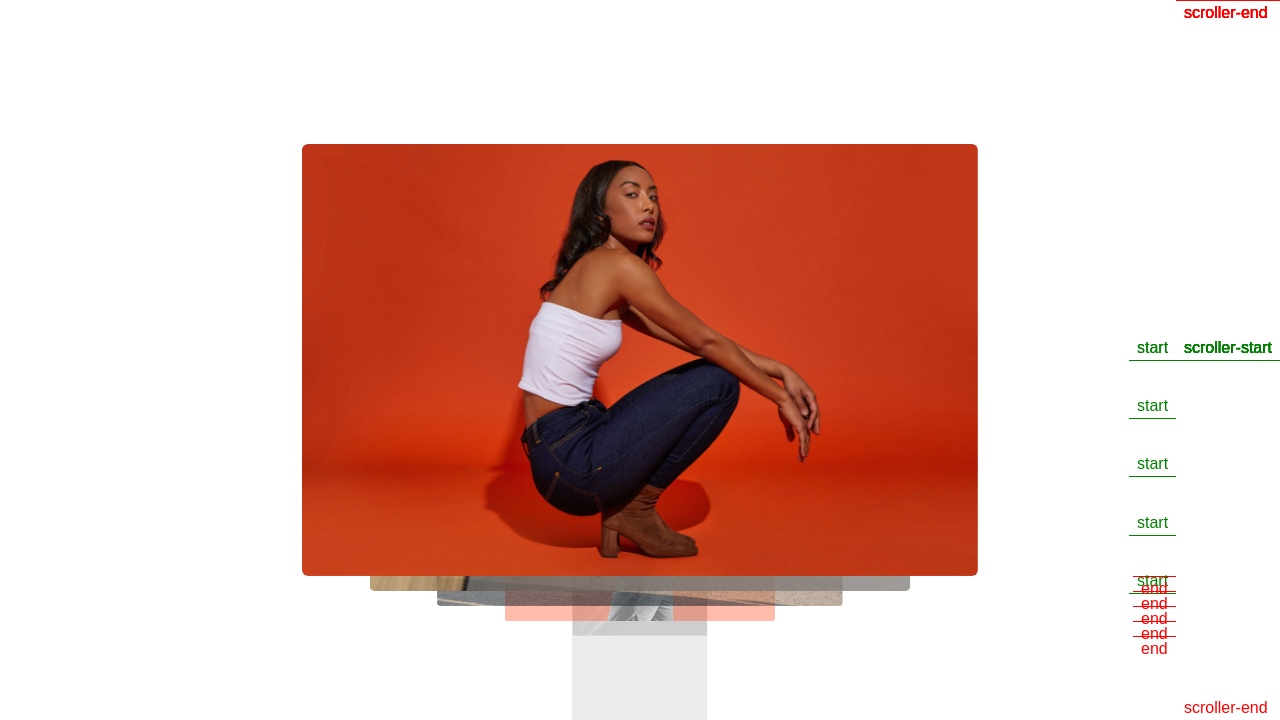
Repository: lwygold/motion
Page: layout/이미지 위로 계속 올라가는레이아웃.html
These files come from the project's save history. The page is drawn as it stood at one moment and after the next save; the edit follows.
The browser window is 1280 px wide. The pictures show the window.
Pictures or frames that could not be fetched are drawn as grey boxes. A layer covers the whole window, so only the first screen is drawn.

Above is the page before, as saved 2023-02-20 17:26:30.

### layout/이미지 위로 계속 올라가는레이아웃.html
<!DOCTYPE html>
<html lang="ko">

<head>
    <meta http-equiv="Content-Type" content="text/html;charset=utf-8" />
    <meta name="viewport" content="width=device-width, user-scalable=no, target-densitydpi=medium-dpi" />
    <meta name="apple-mobile-web-app-capable" content="yes" />
    <meta name="format-detection" content="telephone=no" />
    <meta http-equiv="X-UA-Compatible" content="IE=edge" />
    <meta http-equiv="x-rim-auto-match" content="none" />
    <link rel="shortcut icon" href="./images/favicon.ico" />
    <link rel="stylesheet" type="text/css" href="../assets/css/slick.css" />
    <link rel="stylesheet" type="text/css" href="../assets/css/common.css" />
    <link rel="stylesheet" type="text/css" href="../assets/css/main.css" />
    <link rel="stylesheet" type="text/css" href="../assets/css/sub.css" />
    <title>테스트</title>
    <script src="../assets/js/jquery-3.3.1.min.js"></script>
    <script src="../assets/js/jquery-ui.min.js"></script>
    <script src="../assets/js/slick.min.js"></script>
    <script src="../assets/js/gsap.js"></script>
    <script src="../assets/js/gsap_scroll_trigger.js"></script>
    <script src="../assets/js/green.js"></script>
    <script src="../assets/js/common.js"></script>
    <script src="../assets/js/main.js"></script>
    <script src="../assets/js/sub.js"></script>
</head>

<style>
    section {
        width: 100vw;
        height: 100vh;
    }

    section ul {
        align-items: center;
        display: flex;
        height: 100%;
        justify-content: center;
        left: 0;
        position: fixed;
        top: 0;
        width: 100%;
        max-height: 100vh;
    }

    section ul li {
        border-radius: 0.4861111111vw;
        cursor: pointer;
        height: 60vh;
        overflow: hidden;
        position: absolute;
        -webkit-transform-origin: bottom;
        transform-origin: bottom;
        width: 52.7777777744vw;
        will-change: transform, opacity;
    }



    section ul li:nth-child(1) {
        z-index: 5;
    }

    section ul li:nth-child(2) {
        z-index: 4;
    }

    section ul li:nth-child(3) {
        z-index: 3;
    }

    section ul li:nth-child(4) {
        z-index: 2;
    }

    section ul li:nth-child(5) {
        z-index: 1;
    }


    section ul li div {
        height: 100%;
        -webkit-transform: none;
        transform: none;
        transition: -webkit-transform 1.2s cubic-bezier(.165, .84, .44, 1);
        transition: transform 1.2s cubic-bezier(.165, .84, .44, 1);
        transition: transform 1.2s cubic-bezier(.165, .84, .44, 1), -webkit-transform 1.2s cubic-bezier(.165, .84, .44, 1);
        width: 100%;
        will-change: transform;
    }

    section ul li div img {
        height: 100%;
        -o-object-fit: cover;
        object-fit: cover;
        -o-object-position: center;
        object-position: center;
        width: 100%;
        -webkit-transform: none;
        transform: none;
        -webkit-transform-origin: center;
        transform-origin: center;
        transition: -webkit-transform 1.6s cubic-bezier(.165, .84, .44, 1);
        transition: transform 1.6s cubic-bezier(.165, .84, .44, 1);
        transition: transform 1.6s cubic-bezier(.165, .84, .44, 1), -webkit-transform 1.6s cubic-bezier(.165, .84, .44, 1);
        width: 100%;
        will-change: transform;
    }

    section ul li div img:hover {
        -webkit-transform: scale(1.1);
        transform: scale(1.1);
    }
</style>

<body>

    <section class="s1">
        <ul>
            <li class="panel s1-1 panel_first">
                <div>
                    <img src="./images/1.jpg" alt="">
                </div>
            </li>
            <li class="panel s1-2">
                <div>
                    <img src="./images/2.jpg" alt="">
                </div>
            </li>
            <li class="panel s1-3">
                <div>
                    <img src="./images/3.jpg" alt="">
                </div>
            </li>
            <li class="panel s1-4">
                <div>
                    <img src="./images/4.jpg" alt="">
                </div>
            </li>
            <li class="panel s1-5">
                <div>
                    <img src="./images/5.jpg" alt="">
                </div>
            </li>
            <li class="panel s1-6">
                <div>
                    <img src="./images/6.jpg" alt="">
                </div>
            </li>
            <li class="panel s1-7">
                <div>
                    <img src="./images/6.jpg" alt="">
                </div>
            </li>
        </ul>
    </section>


    <script>
        const $ul = $('ul');
        const $li = $('ul li');
        const li_cnt = $('ul li').length;

        $li.each((i, e) => {
            $(e).css("transform", "translateY(" + i * 15 + "px) scale(" + (1 - (0.1 * (i * (2)))) + ")");
            $(e).css("opacity", 1 - (0.1 * (i * (2))));
            $(e).attr("filter", "grayscale(" + i * 33 + "%);");
        });



        $(function () {

            gsap.registerPlugin(ScrollTrigger);

            let panels = gsap.utils.toArray(".panel");

            let tl1 = gsap.timeline({
                scrollTrigger: {
                    trigger: $ul,
                    start: "center center",
                    end: () => innerHeight * 3,
                    pin: true,
                    scrub: true,
                    markers: true,
                }
            });

            let tl2 = gsap.timeline({
                scrollTrigger: {
                    trigger: 'section ul li:nth-child(1)',
                    start: "center center",
                    end: "bottom top",
                    scrub: true,
                    markers: true,
                }
            });

            let tl3 = gsap.timeline({
                scrollTrigger: {
                    trigger: 'section ul li:nth-child(2)',
                    start: "center center",
                    end: "bottom top",
                    scrub: true,
                    markers: true,
                }
            });

            let tl4 = gsap.timeline({
                scrollTrigger: {
                    trigger: 'section ul li:nth-child(3)',
                    start: "center center",
                    end: "bottom top",
                    scrub: true,
                    markers: true,
                }
            });

            let tl5 = gsap.timeline({
                scrollTrigger: {
                    trigger: 'section ul li:nth-child(4)',
                    start: "center center",
                    end: "bottom top",
                    scrub: true,
                    markers: true,
                }
            });

            let tl6 = gsap.timeline({
                scrollTrigger: {
                    trigger: 'section ul li:nth-child(5)',
                    start: "center center",
                    end: "bottom top",
                    scrub: true,
                    markers: true,
                }
            });

            panels.forEach((panel, i) => {

                tl1.to(panel, {
                    yPercent: -150,
                });

                tl2.to('section ul li:nth-child('+(i+1)+')', {
                    y:0,
                    opacity:1,
                    scale: 1,
                });

                tl3.to('section ul li:nth-child('+(i+2)+')', {
                    y: 15+"px",
                    opacity:0.8,
                    scale: 0.8,
                });

                tl4.to('section ul li:nth-child('+(i+3)+')', {
                    y: 30+"px",
                    opacity:0.6,
                    scale: 0.6,
                });

                tl5.to('section ul li:nth-child('+(i+4)+')', {
                    y: 45+"px",
                    opacity:0.4,
                    scale: 0.4,
                });

                tl6.to('section ul li:nth-child('+(i+5)+')', {
                    y: 60+"px",
                    opacity:0.2,
                    scale: 0.2,
                });


            });
















        });

    </script>
</body>

</html>

### assets/css/common.css
@charset "utf-8";

@font-face {
  font-family: "NotoSansKR";
  font-style: normal;
  font-weight: 100;
  src: url(fonts/NotoSansKR-ExtraLight.woff) format("woff");
}

@font-face {
  font-family: "NotoSansKR";
  font-style: normal;
  font-weight: 200;
  src: url(fonts/NotoSansKR-Light.woff) format("woff");
}

@font-face {
  font-family: "NotoSansKR";
  font-style: normal;
  font-weight: 300;
  src: url(fonts/NotoSansKR-DemiLight.woff) format("woff");
}

@font-face {
  font-family: "NotoSansKR";
  font-style: normal;
  font-weight: 400;
  src: url(fonts/NotoSansKR-Regular.woff) format("woff");
}

@font-face {
  font-family: "NotoSansKR";
  font-style: normal;
  font-weight: 500;
  src: url(fonts/NotoSansKR-Medium.woff) format("woff");
}

@font-face {
  font-family: "NotoSansKR";
  font-style: normal;
  font-weight: 600;
  src: url(fonts/NotoSansKR-Bold.woff) format("woff");
}

@font-face {
  font-family: "NotoSansKR";
  font-style: normal;
  font-weight: 700;
  src: url(fonts/NotoSansKR-Bold-Hestia.woff) format("woff");
}

@font-face {
  font-family: "NotoSansKR";
  font-style: normal;
  font-weight: 800;
  src: url(fonts/NotoSansKR-Black-Hestia.woff) format("woff");
}

@font-face {
  font-family: "Montserrat";
  font-style: normal;
  font-weight: 100;
  src: url(fonts/Montserrat-ExtraLight.woff) format("woff");
}

@font-face {
  font-family: "Montserrat";
  font-style: normal;
  font-weight: 200;
  src: url(fonts/Montserrat-Light.woff) format("woff");
}

@font-face {
  font-family: "Montserrat";
  font-style: normal;
  font-weight: 300;
  src: url(fonts/Montserrat-Regular.woff) format("woff");
}

@font-face {
  font-family: "Montserrat";
  font-style: normal;
  font-weight: 400;
  src: url(fonts/Montserrat-Regular.woff) format("woff");
}

@font-face {
  font-family: "Montserrat";
  font-style: normal;
  font-weight: 500;
  src: url(fonts/Montserrat-Medium.woff) format("woff");
}

@font-face {
  font-family: "Montserrat";
  font-style: normal;
  font-weight: 600;
  src: url(fonts/Montserrat-Bold.woff) format("woff");
}

@font-face {
  font-family: "Montserrat";
  font-style: normal;
  font-weight: 700;
  src: url(fonts/Montserrat-ExtraBold.woff) format("woff");
}

@font-face {
  font-family: "Montserrat";
  font-style: normal;
  font-weight: 800;
  src: url(fonts/Montserrat-ExtraBlack.woff) format("woff");
}

@font-face {
  font-family: "Saira";
  font-style: normal;
  font-weight: 100;
  src: url(fonts/Saira-ExtraLight.woff) format("woff");
}

@font-face {
  font-family: "Saira";
  font-style: normal;
  font-weight: 200;
  src: url(fonts/Saira-Light.woff) format("woff");
}

@font-face {
  font-family: "Saira";
  font-style: normal;
  font-weight: 300;
  src: url(fonts/Saira-Regular.woff) format("woff");
}

@font-face {
  font-family: "Saira";
  font-style: normal;
  font-weight: 400;
  src: url(fonts/Saira-Regular.woff) format("woff");
}

@font-face {
  font-family: "Saira";
  font-style: normal;
  font-weight: 500;
  src: url(fonts/Saira-Medium.woff) format("woff");
}

@font-face {
  font-family: "Saira";
  font-style: normal;
  font-weight: 600;
  src: url(fonts/Saira-Bold.woff) format("woff");
}

@font-face {
  font-family: "Saira";
  font-style: normal;
  font-weight: 700;
  src: url(fonts/Saira-ExtraBold.woff) format("woff");
}

@font-face {
  font-family: "Saira";
  font-style: normal;
  font-weight: 800;
  src: url(fonts/Saira-Black.woff) format("woff");
}

@font-face {
  font-family: "NanumSquare";
  font-style: normal;
  font-weight: 200;
  src: url(fonts/NanumSquareL.woff) format("woff");
}

@font-face {
  font-family: "NanumSquare";
  font-style: normal;
  font-weight: 400;
  src: url(fonts/NanumSquareR.woff) format("woff");
}

@font-face {
  font-family: "NanumSquare";
  font-style: normal;
  font-weight: 600;
  src: url(fonts/NanumSquareB.woff) format("woff");
}

@font-face {
  font-family: "NanumSquare";
  font-style: normal;
  font-weight: 700;
  src: url(fonts/NanumSquareEB.woff) format("woff");
}

@font-face {
  font-family: "play";
  font-style: normal;
  font-weight: 400;
  src: url(fonts/Play-Regular.woff) format("woff");
}

@font-face {
  font-family: "play";
  font-style: normal;
  font-weight: 600;
  src: url(fonts/Play-Bold.woff) format("woff");
}

@font-face {
  font-family: "Lovelace";
  font-style: normal;
  font-weight: 100;
  src: url(fonts/Lovelace-ExtraLight.woff) format("woff");
}

@font-face {
  font-family: "Lovelace";
  font-style: normal;
  font-weight: 200;
  src: url(fonts/Lovelace-Light.woff) format("woff");
}

@font-face {
  font-family: "Lovelace";
  font-style: normal;
  font-weight: 400;
  src: url(fonts/Lovelace-Regular.woff) format("woff");
}

@font-face {
  font-family: "Lovelace";
  font-style: normal;
  font-weight: 500;
  src: url(fonts/Lovelace-Medium.woff) format("woff");
}

@font-face {
  font-family: "Lovelace";
  font-style: normal;
  font-weight: 600;
  src: url(fonts/Lovelace-Bold.woff) format("woff");
}

@font-face {
  font-family: "Lovelace";
  font-style: normal;
  font-weight: 700;
  src: url(fonts/Lovelace-ExtraBold.woff) format("woff");
}

* {
  font-family: "NotoSansKR";
  box-sizing: border-box;
}

/* 여백 초기화 */
html,
body,
div,
span,
object,
iframe,
h1,
h2,
h3,
h4,
h5,
h6,
p,
blockquote,
pre,
abbr,
address,
cite,
code,
del,
dfn,
em,
img,
ins,
kbd,
q,
samp,
small,
strong,
sub,
sup,
var,
b,
i,
dl,
dt,
dd,
ol,
ul,
li,
fieldset,
form,
label,
legend,
table,
caption,
tbody,
tfoot,
thead,
tr,
th,
td,
article,
aside,
canvas,
details,
figcaption,
figure,
footer,
header,
hgroup,
menu,
nav,
section,
summary,
time,
mark,
audio,
video {
  margin: 0;
  padding: 0;
  border: 0;
  outline: 0;
  font-size: 100%;
  vertical-align: baseline;
  background: transparent;
}

* {
  -webkit-text-size-adjust: none;
  -moz-text-size-adjust: none;
  -ms-text-size-adjust: none;
}

html,
body {
  position: relative;
  margin: 0 auto;
  height: 100%;
  width: 100%;
}

body {
  line-height: 1;
}

article,
aside,
details,
figcaption,
figure,
footer,
header,
hgroup,
menu,
nav,
section {
  display: block;
}

ul,
li {
  list-style: none;
}

blockquote,
q {
  quotes: none;
}

blockquote:before,
blockquote:after,
q:before,
q:after {
  content: "";
  content: none;
}

a {
  margin: 0;
  padding: 0;
  color: #000;
  font-size: 100%;
  text-decoration: none;
  vertical-align: baseline;
  background: transparent;
}

del {
  text-decoration: line-through;
}

abbr[title],
dfn[title] {
  border-bottom: 1px dotted;
  cursor: help;
}

table {
  border-collapse: collapse;
  border-spacing: 0;
}

/* change border colour to suit your needs */

hr {
  display: block;
  height: 1px;
  border: 0;
  border-top: 1px solid #cccccc;
  margin: 1em 0;
  padding: 0;
}

input,
select {
  vertical-align: middle;
}

/*-------------------------------------------------------------------
    @input style
-------------------------------------------------------------------*/

button {
  -webkit-appearance: none;
  appearance: none;
  -webkit-border-radius: 0;
  border-radius: 0;
}

input[type="button"],
input[type="reset"],
input[type="text"],
input[type="password"],
input[type="submit"],
input[type="search"],
input[type="tel"],
input[type="email"] {
  -webkit-appearance: none;
  appearance: none;
  -webkit-border-radius: 0;
  border-radius: 0;
  font-size: 16px;
}

/*-------------------------------------------------------------------
    @select
-------------------------------------------------------------------*/
select {
  font-family: "Noto Sans KR";
  font-size: 19px;
  -webkit-appearance: none;
  -moz-appearance: none;
  appearance: none;
  background-image: url(../images/sl_btn.png);
  background-repeat: no-repeat;
  background-position: 93% 50%;
  background-size: 15px;
  background-color: #fff;
  border: none;
  width: 100%;
}

/*-------------------------------------------------------------------
    @select IE10,11의 네이티브 화살표 숨기기
-------------------------------------------------------------------*/
select::-ms-expand {
  display: none;
}

/*-------------------------------------------------------------------
    @clearfix
-------------------------------------------------------------------*/
.clearfix {
  *zoom: 1;
}

.clearfix:before,
.clearfix:after {
  display: block;
  content: "";
  line-height: 0;
}

.clearfix:after {
  clear: both;
}

.fl {
  float: left;
}

.fr {
  float: right;
}

/*-------------------------------------------------------------------
    @공통서브
-------------------------------------------------------------------*/

section {
  box-sizing: border-box;
  overflow: hidden;
  position: relative;
  width: 100%;
  max-width: 1920px;
  margin: 0 auto;
}

.inner {
  width: 100%;
  max-width: 1280px;
  padding: 0px 40px;
  box-sizing: border-box;
}

/* 가로 양옆으로  */
.flex__lrc,
.flex__lrc2 {
  display: flex;
  flex-direction: row;
  flex-wrap: wrap;
  justify-content: space-between;
  align-items: center;
}

.flex__lrt,
.flex__lrt2 {
  display: flex;
  flex-direction: row;
  flex-wrap: wrap;
  justify-content: space-between;
  align-items: flex-start;
}

.flex__lrb,
.flex__lrb2 {
  display: flex;
  flex-direction: row;
  flex-wrap: wrap;
  justify-content: space-between;
  align-items: flex-end;
}

/* 가로 가운데 새로 가운데 */
.flex__cc,
.flex__cc1,
.flex__cc2 {
  display: flex;
  flex-direction: row;
  flex-wrap: wrap;
  justify-content: center;
  align-items: center;
}

.flex__lrc2 > div,
.flex__lrt2 > div,
.flex__lrb2 > div,
.flex__cc2 > div {
    width: 50%;
}

.h100 {
    height: 100%;
}

.w100 {
    width: 100%;
}

.row2,
.row3,
.row4,
.row5 {
    display: flex;
    flex-direction: row;
    flex-wrap: wrap;
}

.row2 > .col {
    width: 50%;
}

.row3 > .col {
    width: 33.33%;
}

.row4 > .col {
    width: 25%;
}

.row5 > .col {
    width: 20%;
}


@media only screen and (max-width: 640px) {
}

### assets/css/main.css
body {
 font-size:0;
}


section.section4 {
 height: 400vh;
}

.header-section {
 padding: 0 15px;
 text-align: center;
 margin: 0;
 height: 100vh;
 color: #000;
 font-size: 35px;
 display: flex;
 align-items: center;
 justify-content: center;
}

.nav {
 display: flex;
 position: fixed;
 right:100px;
 top:50%;
 transform: translateY(-50%);
 z-index: 11;
}

.nav > div {
 position: relative;
 width: 2px;
 height: 55px;
 background: transparent;
 z-index: 1;
}

.nav > div:after {
 content:'';
 position: absolute;
 left:0;
 top:0;
 width:3px;
 height: 55px;
 background: rgba(255,255,255, 0.3);
 z-index: 2;
}

.nav div > div {
 position: absolute;
 left:0;
 top:0;
 width:2px;
 height:0;
 background: #fff;
}


.gridBlock {
 opacity: 0;
}


/* Grid almost fully pulled from https://www.rino-pelle.com/ */
.grid-container {
 width: 100vw;
 height: 400vh;
 position: relative;
}
.grid {
 top: 0;
 left: 0;
 z-index: 1;
 width: 70vw;
 height: 60vw;
 margin: 0 calc(100vw / 20 * 3);
 position: absolute;

}
@media only screen and (max-width: 580px) {
 .grid {
 margin: 0;
 width: 100vw;
 height: 89.444vw;
}
}
.gridBlock {
 background-size: cover;
 background-color: darkgray;
}
.gridLayer {
 top: 0;
 left: 0;
 width: 100%;
 height: 100%;
 position: absolute;
 will-change: transform;
 transform-origin: 44.951% 50%;
}
.gridLayer:nth-child(1) .gridBlock {
 top: 5vw;
 left: 20vw;
 width: 10vw;
 height: 10vw;
}
@media only screen and (max-width: 580px) {
 .gridLayer:nth-child(1) .gridBlock {
 top: 11.111vw;
 left: 23.889vw;
 width: 15vw;
 height: 15vw;
}
}
.gridLayer:nth-child(2) .gridBlock {
 top: 0;
 left: 32.5vw;
 width: 15vw;
 height: 15vw;
}
@media only screen and (max-width: 580px) {
 .gridLayer:nth-child(2) .gridBlock {
 top: 0;
 left: 43.333vw;
 width: 26.389vw;
 height: 26.389vw;
}
}
.gridLayer:nth-child(3) .gridBlock {
 left: 0;
 top: 25vw;
 width: 15vw;
 height: 15vw;
}
@media only screen and (max-width: 580px) {
 .gridLayer:nth-child(3) .gridBlock {
 top: 30.278vw;
 left: 0;
 width: 26.389vw;
 height: 26.389vw;
}
}
.gridLayer:nth-child(4) .gridBlock {
 top: 17.5vw;
 left: 17.5vw;
 width: 30vw;
 height: 30vw;
}
@media only screen and (max-width: 580px) {
 .gridLayer:nth-child(4) .gridBlock {
 top: 30.278vw;
 left: 30.278vw;
 width: 39.444vw;
 height: 39.444vw;
}
}
.gridLayer:nth-child(5) {
 z-index: 1;
}
.gridLayer:nth-child(5) .gridBlock {
 top: 20vw;
 left: 50vw;
 width: 5vw;
 height: 5vw;
}
@media only screen and (max-width: 580px) {
 .gridLayer:nth-child(5) .gridBlock {
 top: 23.889vw;
 left: 73.889vw;
 width: 15.278vw;
 height: 15.278vw;
}
}
.gridLayer:nth-child(5) a {
 height: 100%;
 display: flex;
 align-items: center;
 justify-content: center;
}
.gridLayer:nth-child(5) svg {
 width: 1.75vw;
}
@media only screen and (max-width: 580px) {
 .gridLayer:nth-child(5) svg {
 width: 4.722vw;
}
}
.gridLayer:nth-child(6) .gridBlock {
 left: 50vw;
 top: 27.5vw;
 width: 20vw;
 height: 20vw;
}
@media only screen and (max-width: 580px) {
 .gridLayer:nth-child(6) .gridBlock {
 top: 43.889vw;
 left: 73.889vw;
 width: 26.389vw;
 height: 26.389vw;
}
}
.gridLayer:nth-child(7) .gridBlock {
 left: 10vw;
 top: 42.5vw;
 width: 5vw;
 height: 5vw;
}
@media only screen and (max-width: 580px) {
 .gridLayer:nth-child(7) .gridBlock {
 display: none;
}
}
.gridLayer:nth-child(8) .gridBlock {
 bottom: 5vw;
 left: 42.5vw;
 width: 5vw;
 height: 5vw;
}
@media only screen and (max-width: 580px) {
 .gridLayer:nth-child(8) .gridBlock {
 display: none;
}
}
.gridLayer:nth-child(9) .gridBlock {
 bottom: 0;
 left: 50vw;
 width: 10vw;
 height: 10vw;
}
@media only screen and (max-width: 580px) {
 .gridLayer:nth-child(9) .gridBlock {
 top: 73.889vw;
 left: 58.889vw;
 width: 15.278vw;
 height: 15.278vw;
}
}
.gridBlock {
 display: block;
 position: absolute;
}



@media only screen and (max-width: 640px) {

}

### assets/css/sub.css

@media only screen and (max-width: 640px) {

}

### assets/js/common.js
var clickType = "click";
if ("ontouchstart" in document.documentElement) {
    clickType = "touchstart";
}
$(function () {

})

### assets/js/main.js
$(function () {



});

### assets/js/sub.js
$(function () {

})

Loaded but not shown: assets/css/slick.css (common file); assets/js/jquery-3.3.1.min.js (library); assets/js/jquery-ui.min.js (library); assets/js/slick.min.js (library); assets/js/gsap.js (library); assets/js/gsap_scroll_trigger.js (library); assets/js/green.js (187 lines, source omitted)

After the next save:
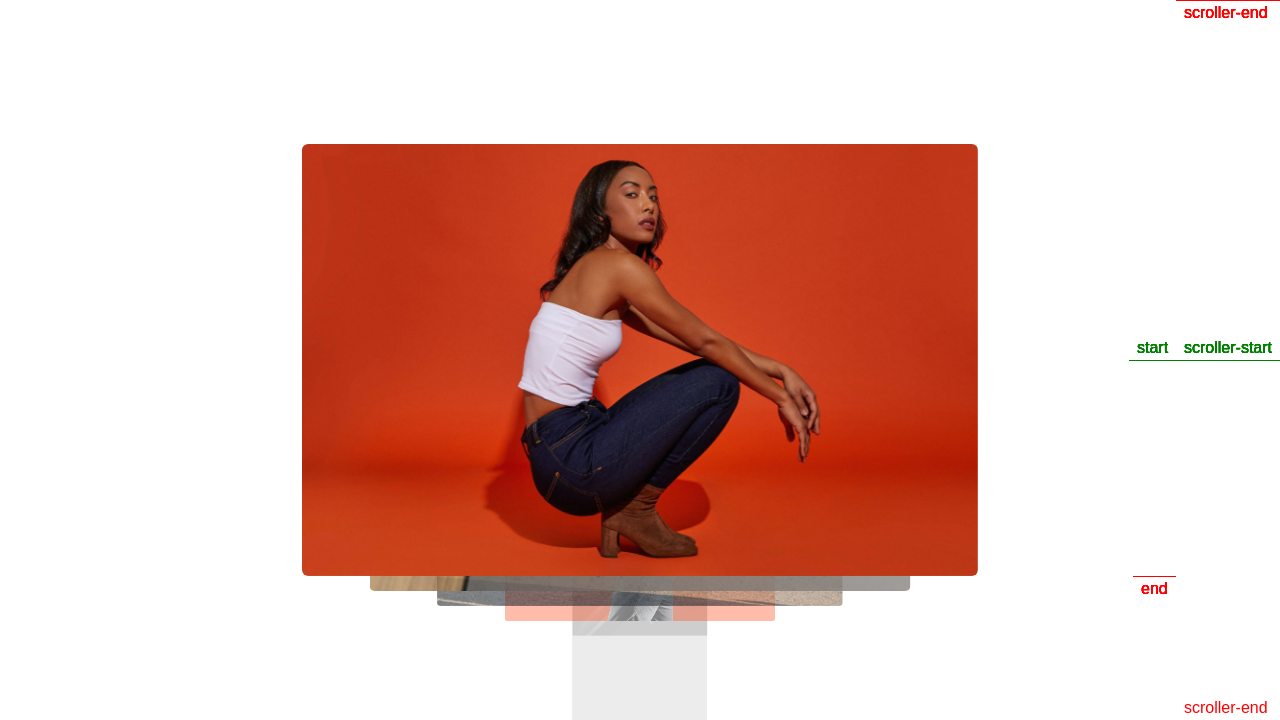
Saved 24 s later.
--- a/layout/이미지 위로 계속 올라가는레이아웃.html
+++ b/layout/이미지 위로 계속 올라가는레이아웃.html
@@ -198,7 +198,7 @@
 
             let tl3 = gsap.timeline({
                 scrollTrigger: {
-                    trigger: 'section ul li:nth-child(2)',
+                    trigger: 'section ul li:nth-child(1)',
                     start: "center center",
                     end: "bottom top",
                     scrub: true,
@@ -208,7 +208,7 @@
 
             let tl4 = gsap.timeline({
                 scrollTrigger: {
-                    trigger: 'section ul li:nth-child(3)',
+                    trigger: 'section ul li:nth-child(1)',
                     start: "center center",
                     end: "bottom top",
                     scrub: true,
@@ -218,7 +218,7 @@
 
             let tl5 = gsap.timeline({
                 scrollTrigger: {
-                    trigger: 'section ul li:nth-child(4)',
+                    trigger: 'section ul li:nth-child(1)',
                     start: "center center",
                     end: "bottom top",
                     scrub: true,
@@ -228,7 +228,7 @@
 
             let tl6 = gsap.timeline({
                 scrollTrigger: {
-                    trigger: 'section ul li:nth-child(5)',
+                    trigger: 'section ul li:nth-child(1)',
                     start: "center center",
                     end: "bottom top",
                     scrub: true,
